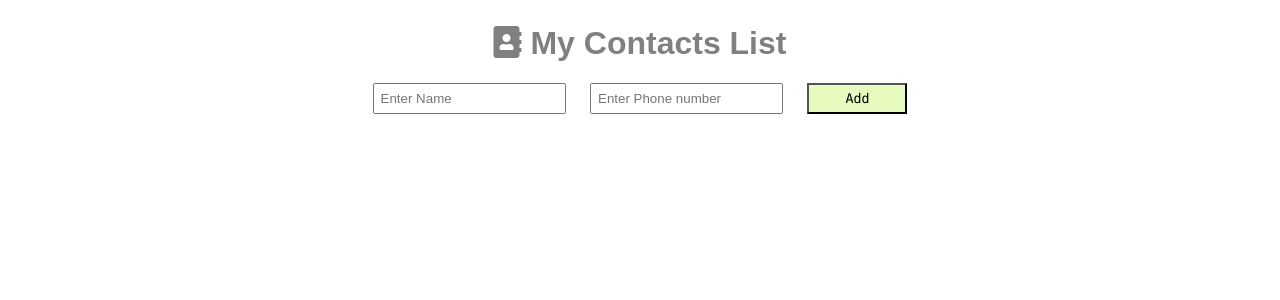
Repository: Sayan-100/Contact-List
Page: http://localhost/
The author's editor kept a copy of each file at every save. The page is drawn from the files as they stood at one save, then again after the next save.
The browser window is 1280 px wide. The pictures show the whole page.
Some web libraries are served in a nearby version. The page is served by the project's Node server (index.js). Other server files are loaded and not shown. Queries for data that is not in the repository find no rows.

Above is the page before, as saved 2022-01-09 21:44:22.

### views/home.ejs
<html>

<head>
    <title>
        <%=locals.title%>
    </title>

    <link rel="stylesheet" href="https://use.fontawesome.com/releases/v5.5.0/css/all.css" integrity="sha384-B4dIYHKNBt8Bc12p+WXckhzcICo0wtJAoU8YZTY5qE0Id1GSseTk6S+L3BlXeVIU" crossorigin="anonymous">

    <!-- our css should below all the style so that we can override -->
    <link rel="stylesheet" href="/css/home.css">

</head>

<body>
    <h1 id="page-heading">
        <i class="fas fa-address-book "></i> My Contacts List
    </h1>
    <div id="contact-list-container">
        <ul>
            <% for(let i of contact_list) {%>
                <li class="contact">
                    <div class="details-name">
                        <p>
                            <%= i.name %>
                        </p>
                    </div>
                    <div class="details-contact-number delete-button">

                        <div>
                            <p>
                                <%= i.phone %>
                            </p>
                        </div>

                        <div>
                            <a href="/delete-contact/?id=<%=i._id%>">
                                <i class="fas fa-window-close"></i>
                            </a>
                        </div>
                    </div>
                </li>
                <% } %>
        </ul>
    </div>

    <form id="new-contact-form" action="/create_contact" method="POST">
        <input type="text" name="name" required placeholder="Enter Name">
        <input type="number" name="phone" required placeholder="Enter Phone number">

        <button type="submit">Add</button>

    </form>

    <script type="text/javascript" src="/js/home.js">
    </script>

</body>

</html>

### index.js
const express = require('express');
const path = require('path');
const port = 8000;

const db = require('./config/mongoose');
const Contact = require('./models/contact');

const app = express();


app.set('view engine', 'ejs');
app.set('views', path.join(__dirname, 'views'));
app.use(express.urlencoded());
app.use(express.static('assets'));

//middleware 1
// app.use(function(req, res, next) {
//     req.myName = "Sayan";
//     // console.log("middleware 1 called");
//     next();
// })

//middleware 2
// app.use(function(req, res, next) {
//     console.log('My name from middleware 2', req.myName);
//     next();
// })

// var contactList = [{
//         name: "Arapan sir",
//         phone: "1111111111"
//     },

//     {
//         name: "Coding Ninjas",
//         phone: "2111222222"
//     },

//     {
//         name: "Sayan",
//         phone: "4444444444"
//     }

// ];


app.get('/', function(req, res) {
    // console.log(__dirname);
    // res.send('<h1>cool, it is running or is it?</h1>');
    //return

    // console.log("from the get route", req.myName);

    Contact.find({}, function(err, contacts) {
        if (err) {
            console.log('Error in fetching contact list from db');
            return;
        }

        return res.render('home', {
            title: "My contacts list",
            contact_list: contacts
        });

    });


    // return res.render('home', {
    //     title: "My contacts list",
    //     contact_list: contactList
    // });

});

app.get('/practice', function(req, res) {
    return res.render('practice', {
        title: "Let us play with ejs"
    });
});

app.get('/delete-contact', function(req, res) {
    //console.log(req.query);
    //let phone = req.query.phone;
    let id = req.query.id;
    Contact.findByIdAndDelete(id, function(err) {
        if (err) {
            console.log('error in deleting a object form database');
            return;
        }

        return res.redirect('back');
    });
    // let contactIndex = contactList.findIndex(contact => contact.phone == phone);

    // if (contactIndex != -1) {
    //     contactList.splice(contactIndex, 1);
    // }

    // return res.redirect('back');
});

app.get('/', function(req, res) {

});


app.post('/create_contact', function(req, res) {
    // return res.redirect('/practice');
    // contactList.push({
    //     name: req.body.name,
    //     phone: req.body.phone
    // });
    // contactList.push(req.body);
    Contact.create({
        name: req.body.name,
        phone: req.body.phone
    }, function(err, newContact) {
        if (err) {
            console.log('error in creating a contact!');
            return;
        }

        console.log('*********', newContact);
        return res.redirect('back');

    });

    // return res.redirect('/');
    // return res.redirect('back');
});

app.listen(port, function(err) {

    if (err) {
        console.log('Error in running Server');
    }

    console.log('Yup. My express server is running on port', port);
});

### assets/css/home.css
    body {
        margin: 0;
        font-family: sans-serif;
        text-align: center;
    }

    #page-heading {
        text-align: center;
        margin-top: 25px;
        color: grey;
    }

    li {
        list-style: none;
        display: flex;
        justify-content: space-between;
        width: 90%;
        background-color: #ffc1d5;
        margin-bottom: 5px;
        font-weight: 600;
        overflow: hidden;
        color: white;
        font-family: monaco;
    }

    li:hover {
        background-color: #FFAB76;
    }

    input {
        margin-right: 20px;
        padding: 6px;
    }

    button {
        padding: 6px;
        width: 100px;
        background-color: #E7FBBE;
        font-family: monaco;
    }

    p {
        display: inline-block;
        padding-left: 2rem;
        padding-right: 5rem;
    }

    .details-contact-number {
        display: flex;
        justify-content: space-evenly;
    }

Loaded but not shown: assets/js/home.js (common file)

After the next save:
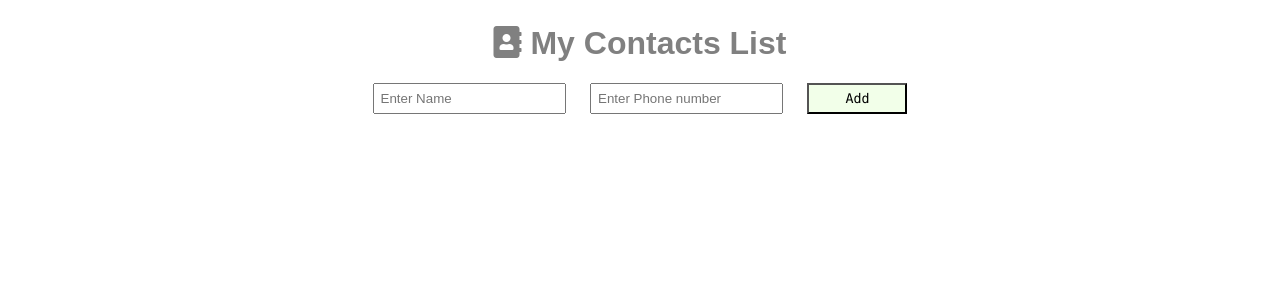
Saved 2 min 46 s later.
--- a/assets/css/home.css
+++ b/assets/css/home.css
@@ -35,8 +35,12 @@
     button {
         padding: 6px;
         width: 100px;
-        background-color: #E7FBBE;
+        background-color: F2FFE9;
         font-family: monaco;
+    }
+
+    button:hover {
+        background-color: #
     }
 
     p {
